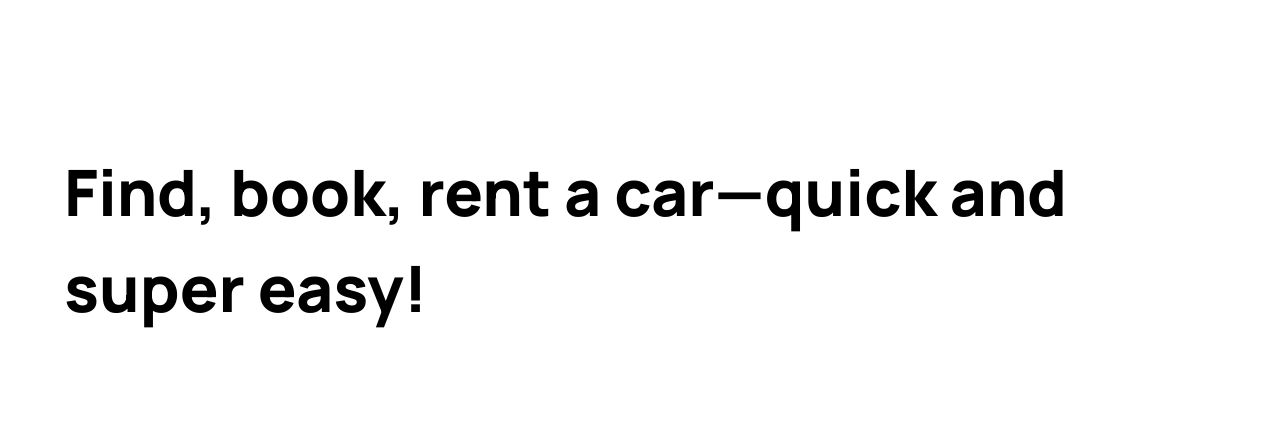
Repository: youngDevelopers/Cars-Trolley
Page: /
These files come from the project's save history. The page is drawn as it stood at one moment and after the next save; the edit follows.
The browser window is 1280 px wide. The pictures show the whole page.
The project was rebuilt for these pictures with package versions that can differ from the ones it lists, and the page was loaded fresh each time. The framework's server and built-in components were replaced by stand-ins that run in the browser. Also part of the build but not shown: next.config.js.

Above is the page before, as saved 2023-06-10 13:44:53.

### app/page.tsx
import { Hero } from "@/components";


export default function Home() {
  return (
    <main className="overflow-hidden">
      <Hero />
    </main>
  )
}

### components/index.ts
//used for exporting all of our components
import Hero from "./Hero";

export {
    Hero
};

### components/Hero.tsx
import Image from "next/image"

function Hero() {
  return (
    <div className="hero">
      <div className="flex-1 pt-36 padding-x">
        <h1 className="hero__title">
          Find, book, rent a car—quick and super easy!
        </h1>
      </div>
    </div>
  );
}

export default Hero

Loaded but not shown: app/layout.tsx (common file); app/globals.css (common file); tailwind.config.js (common file)

After the next save:
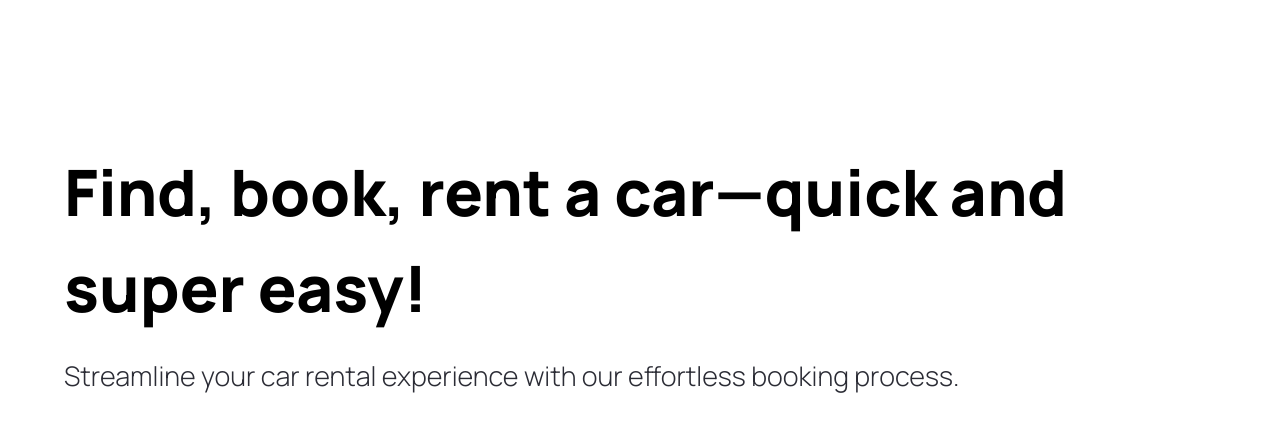
Saved 9 min 13 s later.
--- a/components/Hero.tsx
+++ b/components/Hero.tsx
@@ -7,6 +7,10 @@
         <h1 className="hero__title">
           Find, book, rent a car—quick and super easy!
         </h1>
+        <p className="hero__subtitle">
+          Streamline your car rental experience with our effortless booking
+          process.
+        </p>
       </div>
     </div>
   );
